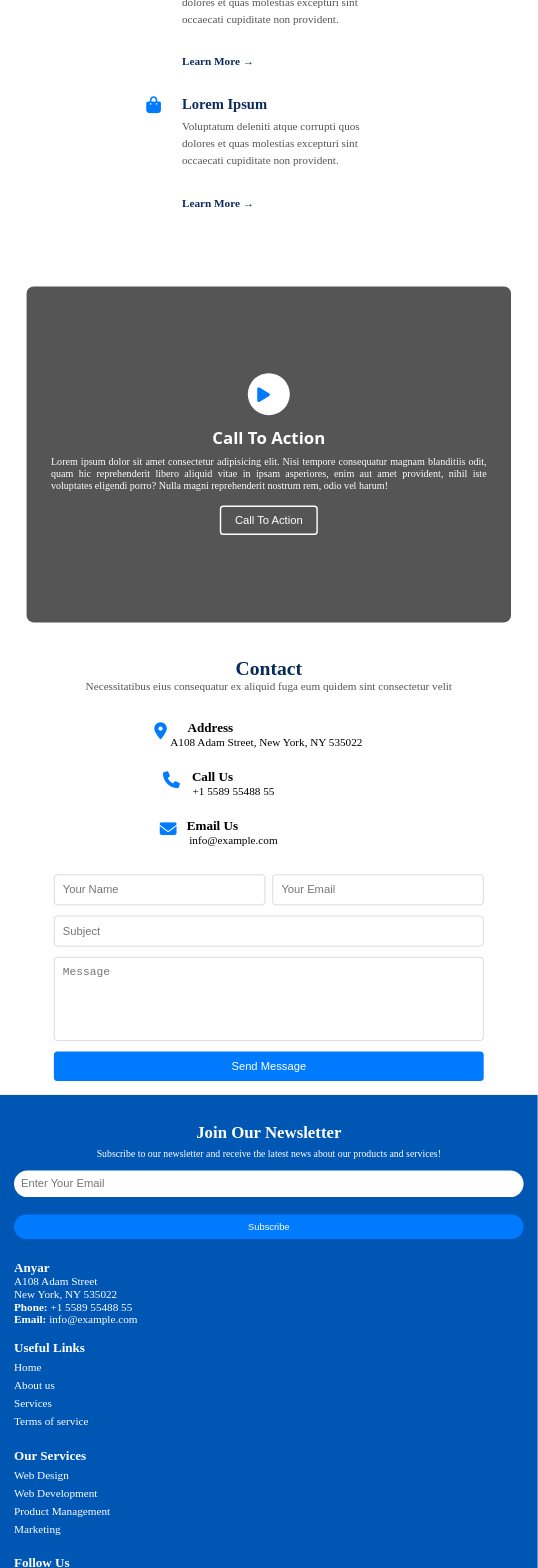
Repository: Sharathguru/web_Project
Page: Service.html
The author's editor kept a copy of each file at every save. The page is drawn from the files as they stood at one save, then again after the next save.
The browser window is 768 px wide. The pictures show the part of the page from y = 2693 to 4933 px (the page is 5095 px tall), at 70% of full size.

Above is the page before, as saved 2025-03-21 21:01:54.

### Service.html
<!DOCTYPE html>
<html lang="en">
<head>
  <meta charset="UTF-8">
  <meta name="viewport" content="width=device-width, initial-scale=1.0">
  <title>ANYAR - About Us</title>

  <link rel="stylesheet" href="https://cdnjs.cloudflare.com/ajax/libs/font-awesome/6.7.2/css/all.min.css" integrity="sha512-Evv84Mr4kqVGRNSgIGL/F/aIDqQb7xQ2vcrdIwxfjThSH8CSR7PBEakCr51Ck+w+/U6swU2Im1vVX0SVk9ABhg==" crossorigin="anonymous" referrerpolicy="no-referrer" />

  <link rel="stylesheet" href="Service.css">
</head>
<body>
  <header>
    <nav id="nav-detail">
      <div id="nav-heading">
        <h2>ANYAR</h2>
      </div>

      <div id="nav-heading2">
        <a href="home.html">Home</a>
        <a href="About.html">About</a>
        <a href="Service.html">Services</a>
        <a href="#">Portfolio</a>
        <a href="#">Team</a>
        <div class="dropdown">
          <select>
            <option value="" disabled selected>Dropdown</option>
            <option value="">Option 1</option>
            <option value="">Option 2</option>
            <option value="">Option 3</option>
          </select>
        </div>

      </div>

      <div id="nav-heading3">
        <i class="fa-brands fa-x-twitter"></i>
        <i class="fa-brands fa-facebook"></i>
        <i class="fa-brands fa-instagram"></i>
        <i class="fa-brands fa-linkedin"></i>
        <i id="menu-bar" class="fa-solid fa-bars"></i>
      </div>
    </nav>

    <nav>
      <div id="nav-content">
        <h1>Welcome to Anyar Occaecati aliquam et in ut omnis</h1>
        <p>Blanditiis praesentium aliquam illum tempore incidunt debitis dolorem magni est deserunt sed qui libero. Qui voluptas amet.</p>
        <button>Get Started</button>
      </div>
    </nav>
  </header>

  <section id="about">
    <div class="container">
        <h1>About</h1>
        <p class="subtitle">Necessitatibus eius consequatur ex aliquid fuga eum quidem sint consectetur velit</p>

        <div class="content">
            <div class="left">
                <h2>Voluptatem dignissimos provident quasi</h2>
                <p>Lorem ipsum dolor sit amet, consectetur adipiscing elit, sed do eiusmod tempor incididunt ut labore et dolore magna aliqua. Duis aute irure dolor in reprehenderit.</p>
                <button class="btn">ABOUT US &nbsp; →</button>
            </div>
            <div class="right">
                <div class="feature">
                    <i class="fa-solid fa-bag-shopping icon"></i>
                    <h3>Corporis voluptates sit</h3>
                    <p>Consequuntur sunt aut quasi enim aliquam quae harum pariatur laboris nisi ut aliquid.</p>
                </div>
                <div class="feature">
                    <i class="fa-solid fa-balance-scale icon"></i>
                    <h3>Ullamco laboris nisi</h3>
                    <p>Excepteur sint occaecat cupidatat non proident, sunt in culpa qui officia deserunt mollit anim id est laborum.</p>
                </div>
                <div class="feature">
                    <i class="fa-solid fa-satellite-dish icon"></i>
                    <h3>Labore consequatur</h3>
                    <p>Aut suscipit aut cum nemo deleniti aut omnis. Doloribus ut maiores omnis facere.</p>
                </div>
                <div class="feature">
                    <i class="fa-solid fa-chart-bar icon"></i>
                    <h3>Beatae veritatis</h3>
                    <p>Expedita veritatis consequuntur nihil tempore laudantium vitae denat pacta.</p>
                </div>
            </div>
        </div>
    </div>
  </section>

  <section class="services">
    <div class="container">
        <h1>Services</h1>
        <p>Necessitatibus eius consequatur ex aliquid fuga eum quidem sint consectetur velit</p>
        <div class="services-grid">
            <div class="service-item">
                <i class="fa-solid fa-bag-shopping icon"></i>
                <div class="service-item-detail">
                <h3>Lorem Ipsum</h3>
                <p>Voluptatum deleniti atque corrupti quos dolores et quas molestias excepturi sint occaecati cupiditate non provident.</p>
                <a href="#" class="learn-more">Learn More →</a>
              </div>
            </div>
            <div class="service-item">
              <i class="fa-solid fa-bag-shopping icon"></i>
              <div class="service-item-detail">
              <h3>Lorem Ipsum</h3>
              <p>Voluptatum deleniti atque corrupti quos dolores et quas molestias excepturi sint occaecati cupiditate non provident.</p>
              <a href="#" class="learn-more">Learn More →</a>
            </div>
          </div>
          <div class="service-item">
            <i class="fa-solid fa-bag-shopping icon"></i>
            <div class="service-item-detail">
            <h3>Lorem Ipsum</h3>
            <p>Voluptatum deleniti atque corrupti quos dolores et quas molestias excepturi sint occaecati cupiditate non provident.</p>
            <a href="#" class="learn-more">Learn More →</a>
          </div>
        </div>
        <div class="service-item">
          <i class="fa-solid fa-bag-shopping icon"></i>
          <div class="service-item-detail">
          <h3>Lorem Ipsum</h3>
          <p>Voluptatum deleniti atque corrupti quos dolores et quas molestias excepturi sint occaecati cupiditate non provident.</p>
          <a href="#" class="learn-more">Learn More →</a>
        </div>
      </div>
      <div class="service-item">
        <i class="fa-solid fa-bag-shopping icon"></i>
        <div class="service-item-detail">
        <h3>Lorem Ipsum</h3>
        <p>Voluptatum deleniti atque corrupti quos dolores et quas molestias excepturi sint occaecati cupiditate non provident.</p>
        <a href="#" class="learn-more">Learn More →</a>
      </div>
    </div>
    <div class="service-item">
      <i class="fa-solid fa-bag-shopping icon"></i>
      <div class="service-item-detail">
      <h3>Lorem Ipsum</h3>
      <p>Voluptatum deleniti atque corrupti quos dolores et quas molestias excepturi sint occaecati cupiditate non provident.</p>
      <a href="#" class="learn-more">Learn More →</a>
    </div>
  </div>
        </div>
    </div>
</section>

<aside id="call-to-action-1">
<aside id="call-to-action">
  <div class="container">
    <div class="icon-wrapper">
      <i class="fa-solid fa-play icon"></i>
    </div>
    <div class="content1">
      <h1>Call To Action</h1>
      <p>
        Lorem ipsum dolor sit amet consectetur adipisicing elit. Nisi tempore consequatur magnam blanditiis odit, quam hic reprehenderit libero aliquid vitae in ipsam asperiores, enim aut amet provident, nihil iste voluptates eligendi porro? Nulla magni reprehenderit nostrum rem, odio vel harum!
      </p>
      <button class="cta-button">Call To Action</button>
    </div>
  </div>
</aside>
</aside>

<section class="contact-section">
    <div class="container">
        <h3 class="title">Contact</h3>
        <p class="description">
            Necessitatibus eius consequatur ex aliquid fuga eum quidem sint consectetur velit
        </p>
        <div class="contact-wrapper">

            <!-- Left Side - Contact Details -->
            <div class="contact-info">
                <div class="info-item">
                    <i class="fa-solid fa-location-dot icon"></i>
                    <div>
                        <h3>Address</h3>
                        <p>A108 Adam Street, New York, NY 535022</p>
                    </div>
                </div>
                <div class="info-item">
                    <i class="fa-solid fa-phone icon"></i>
                    <div>
                        <h3>Call Us</h3>
                        <p>+1 5589 55488 55</p>
                    </div>
                </div>
                <div class="info-item">
                    <i class="fa-solid fa-envelope icon"></i>
                    <div>
                        <h3>Email Us</h3>
                        <p>info@example.com</p>
                    </div>
                </div>
            </div>

            <!-- Right Side - Contact Form -->
            <div class="contact-form">
                <form action="">
                    <div class="input-group">
                        <input type="text" placeholder="Your Name">
                        <input type="email" placeholder="Your Email">
                    </div>
                    <input type="text" placeholder="Subject">
                    <textarea placeholder="Message"></textarea>
                    <button class="send-btn">Send Message</button>
                </form>
            </div>

        </div>
    </div>
</section>

<footer id="footer">
    <div id="footer-content">
        <div id="footer-logo">
            <h2>Join Our Newsletter</h2>
            <p>Subscribe to our newsletter and receive the latest news about our products and services!</p>
            <div class="newsletter">
                <input type="email" placeholder="Enter Your Email">
                <button>Subscribe</button>
            </div>
        </div>

        <div class="footer-sections">
            <div class="footer-info">
                <h3>Anyar</h3>
                <p>A108 Adam Street <br> New York, NY 535022</p>
                <p><strong>Phone:</strong> +1 5589 55488 55</p>
                <p><strong>Email:</strong> info@example.com</p>
            </div>

            <div class="footer-links">
                <h3>Useful Links</h3>
                <ul>
                    <li><a href="home.html">Home</a></li>
                    <li><a href="#">About us</a></li>
                    <li><a href="#">Services</a></li>
                    <li><a href="#">Terms of service</a></li>
                </ul>
            </div>

            <div class="footer-services">
                <h3>Our Services</h3>
                <ul>
                    <li><a href="#">Web Design</a></li>
                    <li><a href="#">Web Development</a></li>
                    <li><a href="#">Product Management</a></li>
                    <li><a href="#">Marketing</a></li>
                </ul>
            </div>

            <div class="footer-follow">
                <h3>Follow Us</h3>
                <p>Stay connected with us on social media!</p>
                <div class="social-icons">
                    <a href="#"><i class="fa fa-twitter"></i></a>
                    <a href="#"><i class="fa fa-facebook"></i></a>
                    <a href="#"><i class="fa fa-instagram"></i></a>
                    <a href="#"><i class="fa fa-linkedin"></i></a>
                </div>
            </div>
        </div>

        <div class="footer-bottom">
            <p>&copy; Copyright <strong>Anyar</strong>. All Rights Reserved</p>
        </div>
    </div>
</footer>






  <script>
    document.getElementById('menu-bar').addEventListener('click', function() {
      var navHeading2 = document.getElementById('nav-heading2');
      navHeading2.classList.toggle('mobile-menu');
    });
  </script>
</body>
</html>

### Service.css
/* General Styles */
* {
    margin: 0;
    padding: 0;
    box-sizing: border-box;
}

/* Header Styles */
header {
    padding: 0 3rem 0 3rem;
    width: 100%;
    height: 100vh;
    background-color: rgb(10, 147, 232);
}
#nav-detail {
    width: 100%;
    height: 15vh;
    display: flex;
    justify-content: space-between;
    align-items: center;
    color: white;
}
#nav-heading2 {
    width: 50vw;
    display: flex;
    justify-content: space-evenly;
}
#nav-heading2>a {
    text-decoration: none;
    color: white;
}
select {
    background-color: transparent;
    border: none;
    color: white;
}
#nav-heading3 {
    width: 10vw;
    display: flex;
    justify-content: space-evenly;
}
#nav-content {
    height: 80vh;
    padding: 0 5rem;
    align-self: center;
    display: flex;
    flex-direction: column;
    align-items: center;
    text-align: center;
}
#nav-content>h1 {
    color: white;
    font-weight: 900;
    font-size: 4.5rem;
    margin: 3.3rem 0 1rem 0;
}
#nav-content>p {
    padding: 0 4rem 0 4rem;
    color: white;
    font-size: 2rem;
}
#nav-content>button {
    width: 10vw;
    height: 12vh;
    margin: 2rem 0 5rem 0;
    background-color: rgb(15, 67, 102);
    border: none;
    border-radius: 1rem;
    color: white;
    font-weight: 900;
    cursor: pointer;
}
#menu-bar {
    display: none;
}

/* Media query for screen width between 359px and 740px */
@media (min-width: 359px) and (max-width: 740px) {
    header {
        height: 56vh;
    }
    #nav-heading {
        position: relative;
        right: 30px;
    }
    #nav-heading2 {
        display: none;
    }
    #nav-heading3 {
        margin-left: 3rem;
        position: relative;
        left: 30px;
        width: 40vw;
        display: flex;
        justify-content: space-between;
    }
    #menu-bar {
        display: block;
        cursor: pointer;
    }
    #nav-heading2.mobile-menu {
        display: flex;
        flex-direction: column;
        position: absolute;
        top: 15vh;
        left: 0;
        width: 100%;
        background-color: rgb(10, 147, 232);
        padding: 1rem;
        box-shadow: 0 4px 8px rgba(0, 0, 0, 0.1);
    }
    #nav-heading2.mobile-menu a, #nav-heading2.mobile-menu select {
        margin: 0rem 0;
    }
    #nav-content {
        width: 100%;
        height: 100vh;
    }
    #nav-content>h1 {
        width: 100vw;
        font-size: 1.7rem;
    }
    #nav-content>p {
        padding: 0 2rem 0 2rem;
        width: 100vw;
        font-size: 0.9rem;
        opacity: 0.8;
    }
    #nav-content>button {
        width: 100%;
        height: 5vh;
        font-size: 0.8rem;
        background-color: rgb(5, 104, 169);
    }
}

/* About Section */
#about {
    background-color: #fff;
    text-align: center;
    padding: 50px 20px;
    border-top: 5px solid #0056b3;
}

/* Container */
.container {
    /* padding: 0 2rem 0 2rem; */
    max-width: 100%;
    margin: 0 auto;
}

/* Heading */
.container h1 {
    font-size: 2.5em;
    color: white;
    margin-bottom: 10px;
    font-family: system-ui, -apple-system, BlinkMacSystemFont, 'Segoe UI', Roboto, Oxygen, Ubuntu, Cantarell, 'Open Sans', 'Helvetica Neue', sans-serif;
}

.subtitle {
    font-size: 1.1em;
    color: #777;
    margin-bottom: 30px;
}

/* Content */
.content {
    display: flex;
    flex-wrap: wrap;
    justify-content: space-between;
    text-align: left;
}

/* Left Section */
.left {
    width: 45%;
    /* padding: 0 0 0 rem; */
}

.left h2 {

    font-size: 1.8em;
    color: #003366;
}

.left p {
    font-size: 1.1em;
    color: #555;
    line-height: 1.5;
}

.btn {
    display: inline-block;
    margin-top: 15px;
    padding: 10px 20px;
    font-size: 1em;
    color: #0056b3;
    border: 2px solid #0056b3;
    background: none;
    cursor: pointer;
    border-radius: 15px;
    transition: 0.3s ease;
}

.btn:hover {
    background: #0056b3;
    color: white;
}

/* Right Section */
.right {
    width: 50%;
    display: flex;
    flex-wrap: wrap;
    gap: 20px;
}

.feature {
    width: 48%;
    padding: 15px;
}

.icon {
    font-size: 2em;
    color: #0056b3;
}

.feature h3 {
    font-size: 1.2em;
    color: #003366;
    margin-top: 10px;
}

.feature p {
    font-size: 1rem;
    /* color: black; */
    opacity: 0.6;
    text-align: justify;
}

/* Responsive */
@media (max-width: 768px) {
    .content {
        width: 100%;

        flex-direction: column;
        align-items: center;
    }

    .left, .right {
        width: 100%;
        /* text-align: center; */
    }
    .content
    {
        position: relative;
        right: 10px;
        text-align: justify;
    }

    .feature {
        width: 100%;
    }
}

/* Services Section */
.services {
    text-align: center;
    padding: 60px 20px;
    background-color: #fff;
}

.services h1 {
    font-size: 2.5em;
    color: #0d2b5c;
    font-weight: bold;
    margin-bottom: 10px;
}

.services p {
    font-size: 1.1em;
    color: #777;
    margin-bottom: 30px;
}

/* Services Grid */
.services-grid {
    display: grid;
    grid-template-columns: repeat(3, 1fr);
    gap: 40px;
    justify-items: center;
    max-width: 1100px;
    margin: 0 auto;
}

/* Service Item */
.service-item {
    display: flex;
    align-items: flex-start;
    gap: 15px;
    max-width: 350px;
    text-align: left;
}

.service-item-detail {
    display: flex;
    flex-direction: column;
}

.service-item h3 {
    font-size: 1.3em;
    color: #0d2b5c;
    font-weight: bold;
    margin-bottom: 8px;
}

.service-item p {
    font-size: 1rem;
    color: #555;
    line-height: 1.5;
}

/* Service Icons */
.icon {
    font-size: 2rem;
    color: #0d2b5c;
}

/* Learn More Link */
.learn-more {
    display: inline-block;
    margin-top: 10px;
    font-size: 1em;
    color: #0d2b5c;
    text-decoration: none;
    font-weight: bold;
}

.learn-more:hover {
    text-decoration: underline;
}

/* Responsive Styles */
@media (max-width: 992px) {
    .services-grid {
        grid-template-columns: repeat(2, 1fr);
    }
}

@media (max-width: 768px) {
    .services-grid {
        grid-template-columns: 1fr;
    }
    #call-to-action p
    {
        text-align: justify;
    }
}

/* Call to Action Section */
#call-to-action {
    width: 95%;
    height: 60vh;
    background-color: #555;
    display: flex;
    justify-content: center;
    align-items: center;
    border-radius: 10px;
}

#call-to-action .container {
    width: 90%;
    text-align: center;
    color: white;
    /* max-width: 600px; */
}


#call-to-action-1
{
    display: flex;
    justify-content: center;
    align-items: center;
    flex-direction: column;
    text-align: center;
    padding: 50px 20px;
    color: white;
    border-radius: 10px;
}

.icon-wrapper {
    background-color: white;
    display: inline-flex;
    justify-content: center;
    align-items: center;
    width: 60px;
    height: 60px;
    border-radius: 50%;
    margin-bottom: 15px;
}

#call-to-action .icon {
    font-size: 24px;
    color: #007bff;
}

#call-to-action h1 {
    font-size: 24px;
    font-weight: bold;
    margin-bottom: 10px;
}

#call-to-action p {
    width: 100%;
    font-size: 0.9rem;
    margin-bottom: 20px;
}

.cta-button {
    padding: 10px 20px;
    background: transparent;
    color: white;
    border: 2px solid white;
    cursor: pointer;
    font-size: 16px;
    border-radius: 5px;
}

.cta-button:hover {
    background-color: white;
    color: #555;
}

.contact-section {
    width: 100%;
    padding: 0 10%;
    background-color: white;
    text-align: center;
}

.title {
    font-size: 28px;
    font-weight: bold;
    color: #062b5a;
}

.description {
    font-size: 16px;
    color: #555;
    margin-bottom: 30px;
}

/* Contact Wrapper */
.contact-wrapper {
    display: flex;
    justify-content: space-between;
    align-items: center;
    flex-wrap: wrap;
    gap: 20px;
}

/* Left Side - Contact Info */
.contact-info {
    width: 45%;
    text-align: left;
}

.info-item {
    display: flex;
    align-items: center;
    margin-bottom: 20px;
}

.icon {
    font-size: 24px;
    color: #007bff;
    margin-right: 15px;
}

/* Right Side - Contact Form */
.contact-form {
    width: 50%;
}

form {
    display: flex;
    flex-direction: column;
}

.input-group {
    display: flex;
    gap: 10px;
}

.input-group input {
    flex: 1;
}

input,
textarea {
    width: 100%;
    padding: 12px;
    margin-bottom: 15px;
    border: 1px solid #ccc;
    border-radius: 5px;
    font-size: 16px;
    outline: none;
}

textarea {
    resize: none;
    height: 120px;
}

/* Send Message Button */
.send-btn {
    padding: 12px;
    font-size: 16px;
    border: none;
    background-color: #007bff;
    color: white;
    border-radius: 5px;
    cursor: pointer;
    transition: background 0.3s;
    margin-bottom: 20px;
}

.send-btn:hover {
    background-color: #0056b3;
}

/* Responsive Design */
@media (max-width: 768px) {
    .contact-wrapper {
        flex-direction: column;
        align-items: center;
    }

    .contact-info,
    .contact-form {
        width: 100%;
        text-align: center;
    }

    .info-item {
        position: relative;
        right: 10px;
        justify-content: center;
    }

    .info-item:nth-child(2) i
    ,.info-item:nth-child(3) i{
        position: relative;
        right: 63px;
    }
    .info-item:nth-child(1) h3,
    .info-item:nth-child(2) h3,
    .info-item:nth-child(3) h3
    {
        margin-top: 10px;
        position: relative;
        right: 90px;
    }
    .info-item:nth-child(1) p
    {
        position: relative;
        right: 10px;
    }
    .info-item:nth-child(2) p,
    .info-item:nth-child(3) p
    {
        position: relative;
        right: 60px;
    }
}



#footer {
    background: #0056b3;
    color: white;
    padding: 40px 20px;
    text-align: center;
}

#footer-content {
    max-width: 1100px;
    margin: 0 auto;
}

#footer-logo h2 {
    font-size: 24px;
    margin-bottom: 10px;
}

#footer-logo p {
    font-size: 14px;
    margin-bottom: 15px;
}

.newsletter {
    display: flex;
    justify-content: center;
    gap: 10px;
}

.newsletter input {
    width: 250px;
    padding: 10px;
    border: none;
    border-radius: 20px;
}

.newsletter button {
    padding: 10px 15px;
    border: none;
    background: #007bff;
    color: white;
    border-radius: 20px;
    cursor: pointer;
}

.newsletter button:hover {
    background: #004c9c;
}

.footer-sections {
    display: flex;
    justify-content: space-between;
    flex-wrap: wrap;
    margin-top: 30px;
}

.footer-info,
.footer-links,
.footer-services,
.footer-follow {
    width: 23%;
    text-align: left;
}

.footer-links ul,
.footer-services ul {
    list-style: none;
    padding: 0;
}

.footer-links ul li,
.footer-services ul li {
    margin: 8px 0;
}

.footer-links ul li a,
.footer-services ul li a {
    color: white;
    text-decoration: none;
}

.social-icons {
    display: flex;
    gap: 10px;
    margin-top: 10px;
}

.social-icons a {
    color: white;
    font-size: 20px;
}

.footer-bottom {
    margin-top: 20px;
    font-size: 14px;
    border-top: 1px solid #ccc;
    padding-top: 10px;
}

@media (max-width: 768px) {
    .footer-sections {
        flex-direction: column;
        text-align: center;
    }

    .footer-info,
    .footer-links,
    .footer-services,
    .footer-follow {
        width: 100%;
        margin-bottom: 20px;
    }

    .newsletter {
        flex-direction: column;
    }

    .newsletter input {
        width: 100%;
    }

    .social-icons {
        justify-content: center;
    }
}

After the next save:
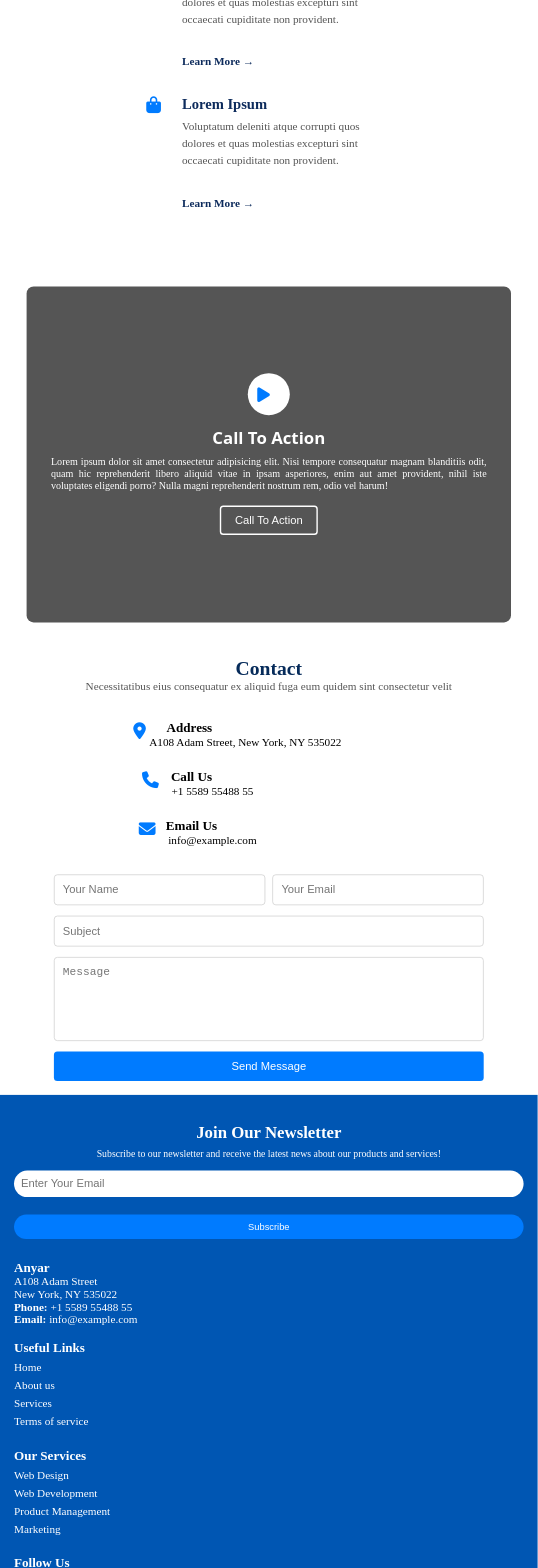
Saved 4 s later.
--- a/Service.css
+++ b/Service.css
@@ -544,7 +544,7 @@ textarea {
 
     .info-item {
         position: relative;
-        right: 10px;
+        right: 40px;
         justify-content: center;
     }
 
